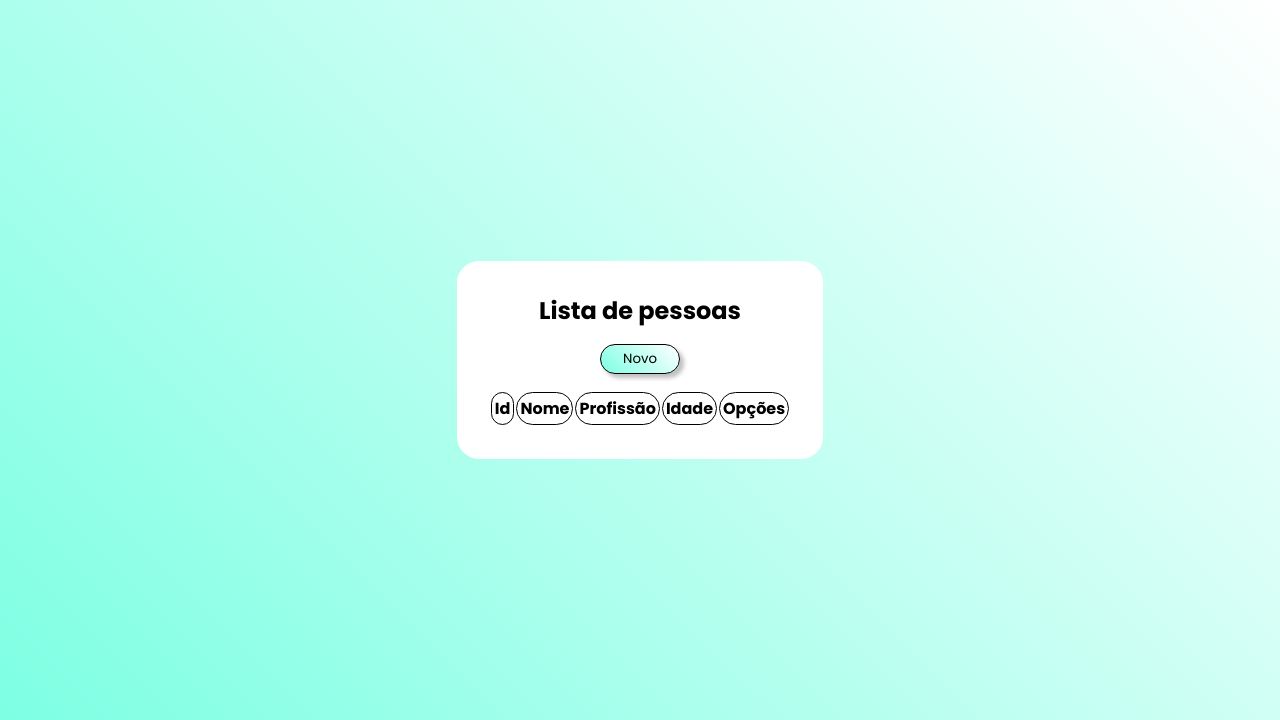
Repository: alef-torres/TesteUnicontrol
Page: http://localhost/desafioUnicontrol/main
The author's editor kept a copy of each file at every save. The page is drawn from the files as they stood at one save, then again after the next save.
The browser window is 1280 px wide. The pictures show the whole page.
The page is served by Tomcat 9. Queries for data that is not in the repository find no rows.

Above is the page before, as saved 2024-02-10 23:05:02.

After the next save:
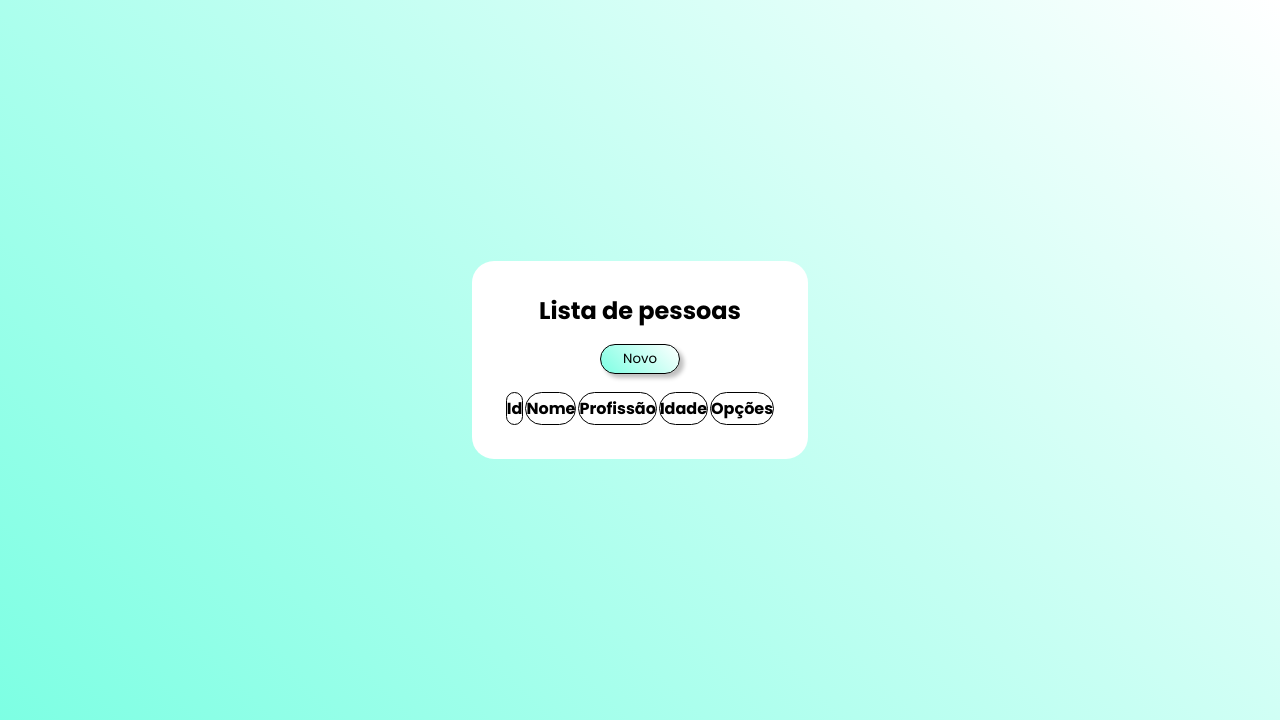
Saved 22 s later.
--- a/DesafioUnicontrol/desafioUnicontrol/src/main/webapp/estilo/pesquisa.css
+++ b/DesafioUnicontrol/desafioUnicontrol/src/main/webapp/estilo/pesquisa.css
@@ -81,6 +81,6 @@
 th {
 	border: 1px solid black;
 	border-radius: 22px;
-	padding: 3px;
+	padding: 3px 0 3px 0;
 
 }

After the save that followed:
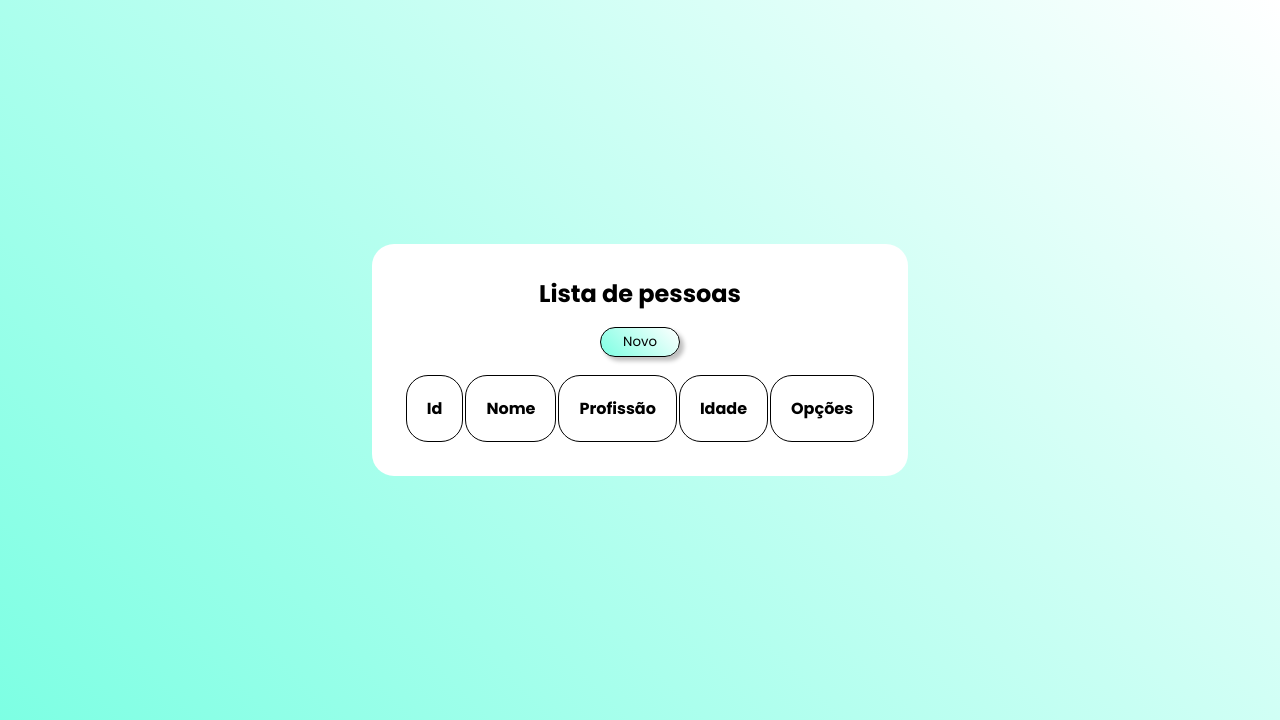
Saved 22 s later.
--- a/DesafioUnicontrol/desafioUnicontrol/src/main/webapp/estilo/pesquisa.css
+++ b/DesafioUnicontrol/desafioUnicontrol/src/main/webapp/estilo/pesquisa.css
@@ -81,6 +81,6 @@
 th {
 	border: 1px solid black;
 	border-radius: 22px;
-	padding: 3px 0 3px 0;
+	padding: 20px;
 
 }
